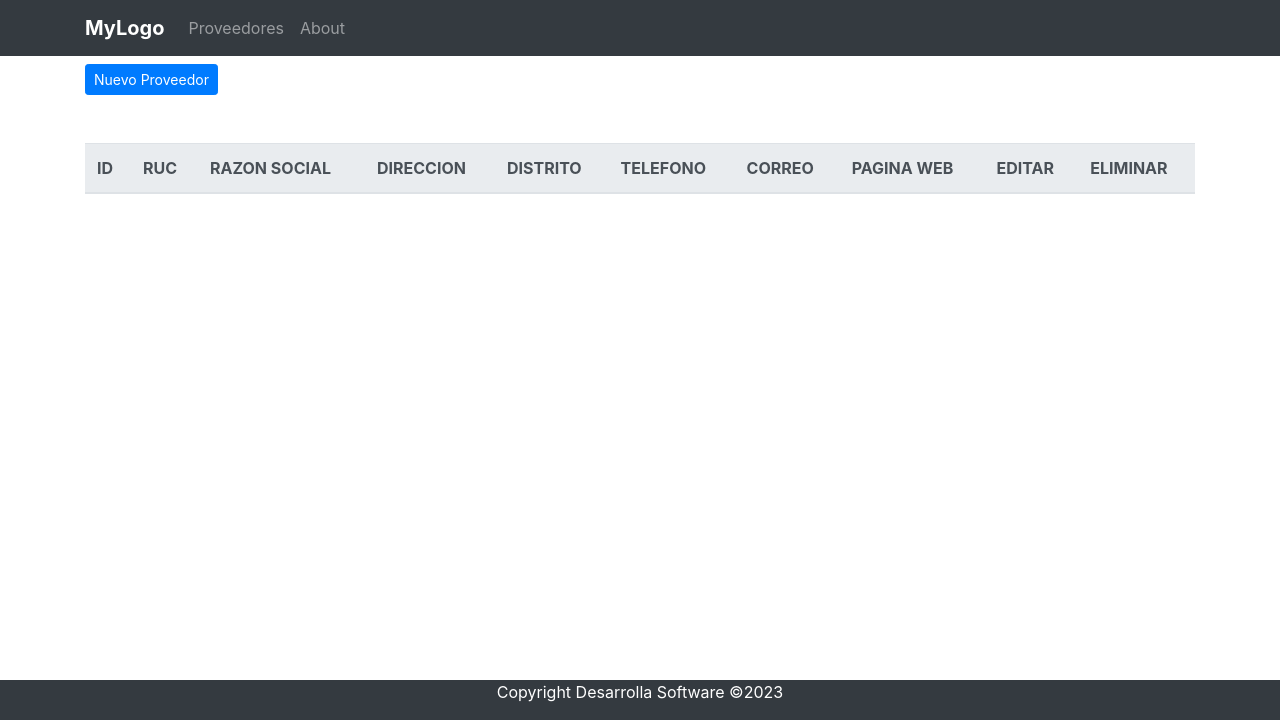
Repository: jeanyantas/proyecto-final-spring
Page: http://localhost/listado
These files come from the project's save history. The page is drawn as it stood at one moment and after the next save; the edit follows.
The browser window is 1280 px wide. The pictures show the whole page.
The page is this project's Thymeleaf template; nobody is signed in. The template is opened directly, without the code that normally fills it, so the values that code supplies are empty.

Above is the page before, as saved 2023-01-15 18:56:14.

### moduloProveedor/src/main/resources/templates/listado.html
<!DOCTYPE html>
<html xmlns:th="http://www.thymeleaf.org">
	<head th:replace="plantilla/plantilla :: head"></head>
	<body>
		<header th:replace="plantilla/plantilla :: header"></header>
		<div class="container">
			<h1 th:text="${titulo}"></h1>
			<a class="btn btn-primary btn-sm" th:href="@{/crear}" th:text="'Nuevo Proveedor'"></a>
			<br>
			<br>
			<br>
			<table class="table">
				<thead class="thead-light">
					<tr>
					<th scope="col">ID</th>
					<th scope="col">RUC</th>
					<th scope="col">RAZON SOCIAL</th>
					<th scope="col">DIRECCION</th>
					<th scope="col">DISTRITO</th>
					<th scope="col">TELEFONO</th>
					<th scope="col">CORREO</th>
					<th scope="col">PAGINA WEB</th>
					<th scope="col">EDITAR</th>
					<th scope="col">ELIMINAR</th>
					</tr>
				</thead>
				<tbody>
					<tr th:each="pr:${proveedores}">
						<th scope="row" th:text="${pr.id}"></th>
						<td th:text="${pr.ruc}"></td>
						<td th:text="${pr.razonsocial}"></td>
						<td th:text="${pr.direccion}"></td>
						<td th:text="${pr.distrito}"></td>
						<td th:text="${pr.telefono}"></td>
						<td th:text="${pr.correo}"></td>
						<td th:text="${pr.paginaweb}"></td>
						<td><a class="btn btn-success btn-sn" th:href="@{/editar/} + ${pr.id}" th:text="'Editar'" title="Editar proveedor."></a></td>
						<td><a class="btn btn-danger btn-sn" th:href="@{/eliminar/} + ${pr.id}" th:text="'Eliminar'" title="Eliminar proveedor." onclick="return confirm('¿Está seguro de eliminar el proveedor?');"></a></td>
					</tr>
				</tbody>
			</table>
		</div>
		<footer th:replace="plantilla/plantilla :: footer"></footer>
	</body>
</html>

### moduloProveedor/src/main/resources/templates/plantilla/plantilla.html
<!DOCTYPE html>
<html xmlns:th="http://www.thymeleaf.org">
	<head th:fragment="head">
		<meta charset="UTF-8">
		<!-- Bootstrap CSS -->
		<link rel="stylesheet" th:href="@{/css/bootstrap.min.css}">
		<title>Modulo Proveedores</title>
	</head>
	<body>
		<!-- Barra de navegación -->
		<header th:fragment="header">
			<nav class="navbar navbar-expand-lg navbar-dark bg-dark">
				<div class="container">
					<a class="navbar-brand" href="#"> <strong>MyLogo</strong></a>
					<button class="navbar-toggler" type="button" data-toggle="collapse" data-target="#navbarSupportedContent" aria-controls="navbarSupportedContent" aria-expanded="false" aria-label="Toggle navigation">
						<span class="navbar-toggler-icon"></span>
					</button>

					<!-- ENLACES DEL MENU -->
					<div class="collapse navbar-collapse" id="navbarSupportedContent">
						<ul class="navbar-nav mr-auto">
							<li class="nav-item"><a class="nav-link" th:href="@{/listado}">Proveedores</a></li>
							<li class="nav-item"><a class="nav-link" href="#">About</a></li>
						</ul>
					</div>
				</div>
			</nav>
		</header>

		<!-- Contenido -->
		<div class="container"></div>

		<!-- Pie de pagina -->
		<footer th:fragment="footer" class="bg-dark text-center text-white fixed-bottom">
			<div class="container">
				<p>Copyright Desarrolla Software &copy;2023</p>
			</div>
		</footer>

		<script type="text/javascript" th:src="@{/js/jquery-3.5.1.slim.min.js}"></script>
		<script type="text/javascript" th:src="@{/js/popper.min.js}"></script>
		<script type="text/javascript" th:src="@{/js/bootstrap.min.js}"></script>
	</body>
</html>

Loaded but not shown: moduloProveedor/src/main/resources/static/css/bootstrap.min.css (library)

After the next save:
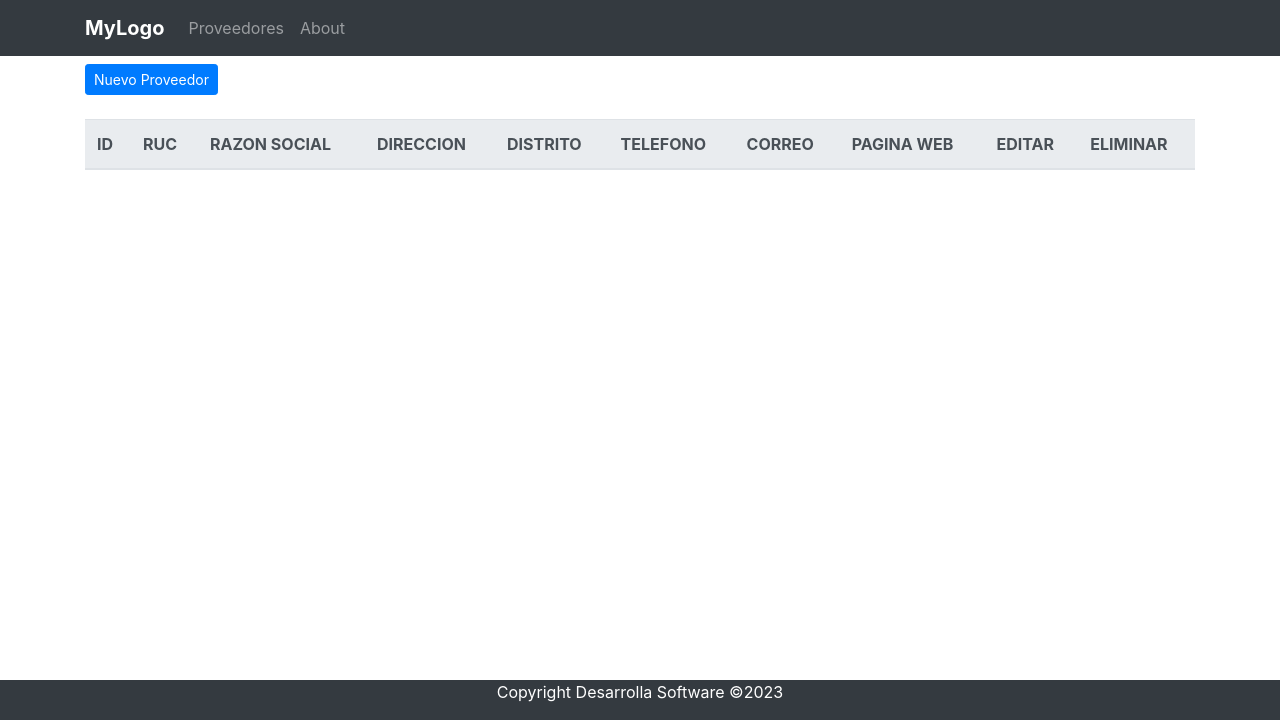
Saved 52 s later.
--- a/moduloProveedor/src/main/resources/templates/listado.html
+++ b/moduloProveedor/src/main/resources/templates/listado.html
@@ -6,7 +6,6 @@
 		<div class="container">
 			<h1 th:text="${titulo}"></h1>
 			<a class="btn btn-primary btn-sm" th:href="@{/crear}" th:text="'Nuevo Proveedor'"></a>
-			<br>
 			<br>
 			<br>
 			<table class="table">
